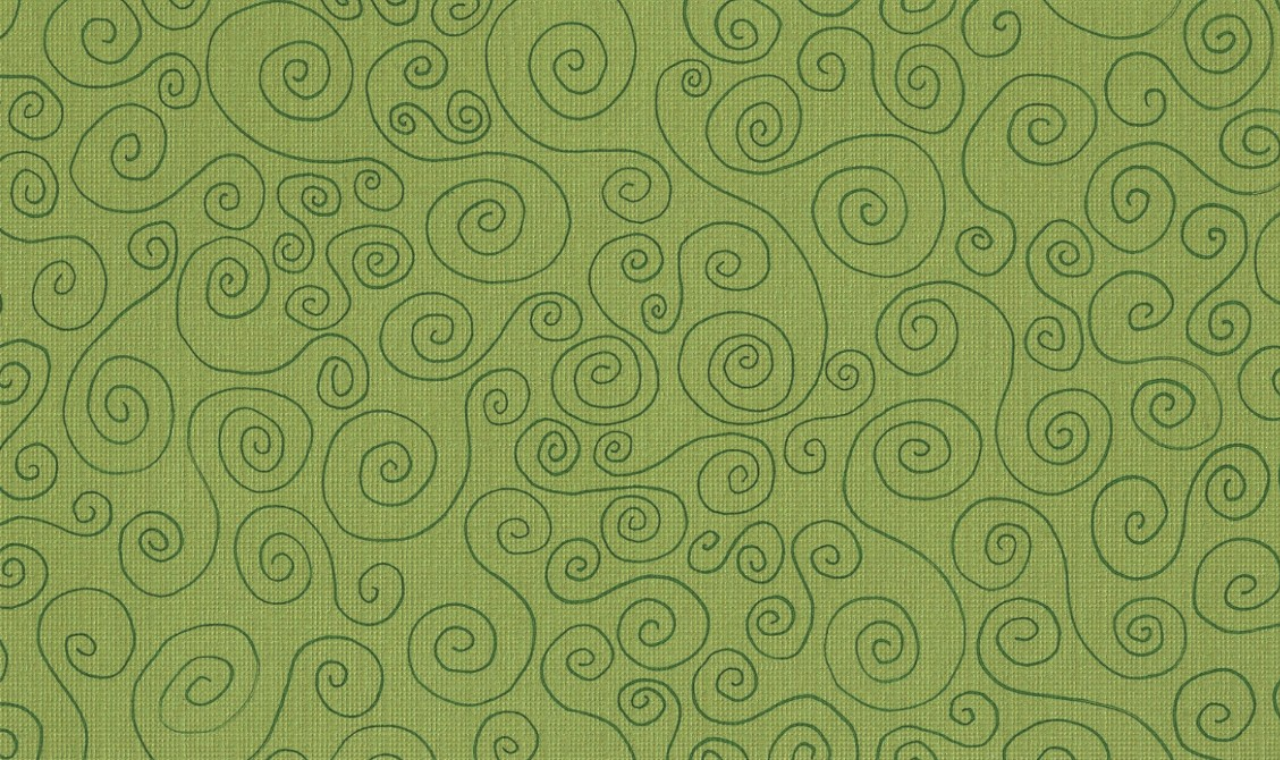
Repository: carrascokarencb37-afk/Nuura
Page: html/guiaPlant/planta2.html
An editor plug-in stored every save of this project. The page is shown before and after the next save, followed by the edit.
The browser window is 1280 px wide. The pictures show the whole page.

Above is the page before, as saved 2026-05-22 23:14:37.

### html/guiaPlant/planta2.html
<!DOCTYPE html>
<html lang="en">
<head>
    <meta charset="UTF-8">
    <meta name="viewport" content="width=device-width, initial-scale=1.0">
    <title>Document</title>
    <link rel="stylesheet" href="../../css/guiasPlant.css">
</head>
<body>

</body>
</html>

### css/guiasPlant.css
/*Importar fuente chewy*/
@font-face {
    font-family: 'chewy';
    src: url(../fonts/Chewy-Regular.ttf) format('truetype');
    font-weight: normal;
    font-style: normal;
}
body {
    background-image: url(../img/fondo_medio.jpg);
    background-size: cover;
    margin: 0;
    justify-content: center;
    text-align: center;
    padding: 2rem;

        font-family: 'Segoe UI', Tahoma, Geneva, Verdana, sans-serif;
    color: #deffdb;
    line-height: 1.6;
    padding: 20px;
    min-height: 100vh;
}


/* Contenedor principal */
.container {
    max-width: 900px;
    margin: 0 auto;
    background: rgba(255, 255, 255, 0.9);
    border-radius: 32px;
    padding: 30px;
    box-shadow: 0 20px 40px rgba(0, 0, 0, 0.08);
    backdrop-filter: blur(2px);
}

/* Título principal */
h1 {
    text-align: center;
    font-size: 2.8rem;
    color: #2c5e2a;
    margin-bottom: 25px;
    font-weight: 600;
    letter-spacing: -0.5px;
    text-shadow: 2px 2px 8px rgba(0,0,0,0.05);
}

/* Imagen */
.foto {
    width: 100%;
    max-width: 400px;
    height: auto;
    border-radius: 24px;
    display: block;
    margin: 0 auto 25px auto;
    box-shadow: 0 10px 25px rgba(0, 0, 0, 0.1);
    transition: transform 0.3s ease;
    border: 3px solid #d4e6c3;
}

.foto:hover {
    transform: scale(1.02);
}

/* Párrafos */
p {
    font-size: 1.1rem;
    margin-bottom: 20px;
    text-align: justify;
    color: #3a4d36;
}

/* Subtítulos (h2) */
h2 {
    font-size: 1.8rem;
    color: #3b7a37;
    margin-top: 30px;
    margin-bottom: 15px;
    padding-bottom: 8px;
    border-bottom: 3px solid #c8e0b5;
    display: inline-block;
}

/* Listas */
ul {
    background: #f9fbf6;
    padding: 20px 20px 20px 45px;
    border-radius: 20px;
    margin: 15px 0;
    list-style-type: none;
}

ul li {
    margin: 12px 0;
    font-size: 1.05rem;
    position: relative;
    padding-left: 28px;
}

ul li::before {
    content: "🌿";
    position: absolute;
    left: 0;
    top: 0;
    font-size: 1.1rem;
}

/* Colores especiales para la lista de colores */
ul:first-of-type li:nth-child(1)::before { content: "🌸"; }
ul:first-of-type li:nth-child(2)::before { content: "❤️"; }
ul:first-of-type li:nth-child(3)::before { content: "⭐"; }
ul:first-of-type li:nth-child(4)::before { content: "🤍"; }
ul:first-of-type li:nth-child(5)::before { content: "🍊"; }

/* Separadores */
br {
    display: none;
}

/* Espaciado entre secciones */
.container section {
    margin-bottom: 20px;
}

/* Responsive */
@media (max-width: 600px) {
    body {
        padding: 10px;
    }

    .container {
        padding: 20px;
    }

    h1 {
        font-size: 2rem;
    }

    h2 {
        font-size: 1.5rem;
    }

    p, li {
        font-size: 1rem;
    }
}
img{
    width: 300px;
    height: auto;
    border-radius: 15px;
    margin-bottom: 1rem;
}

After the next save:
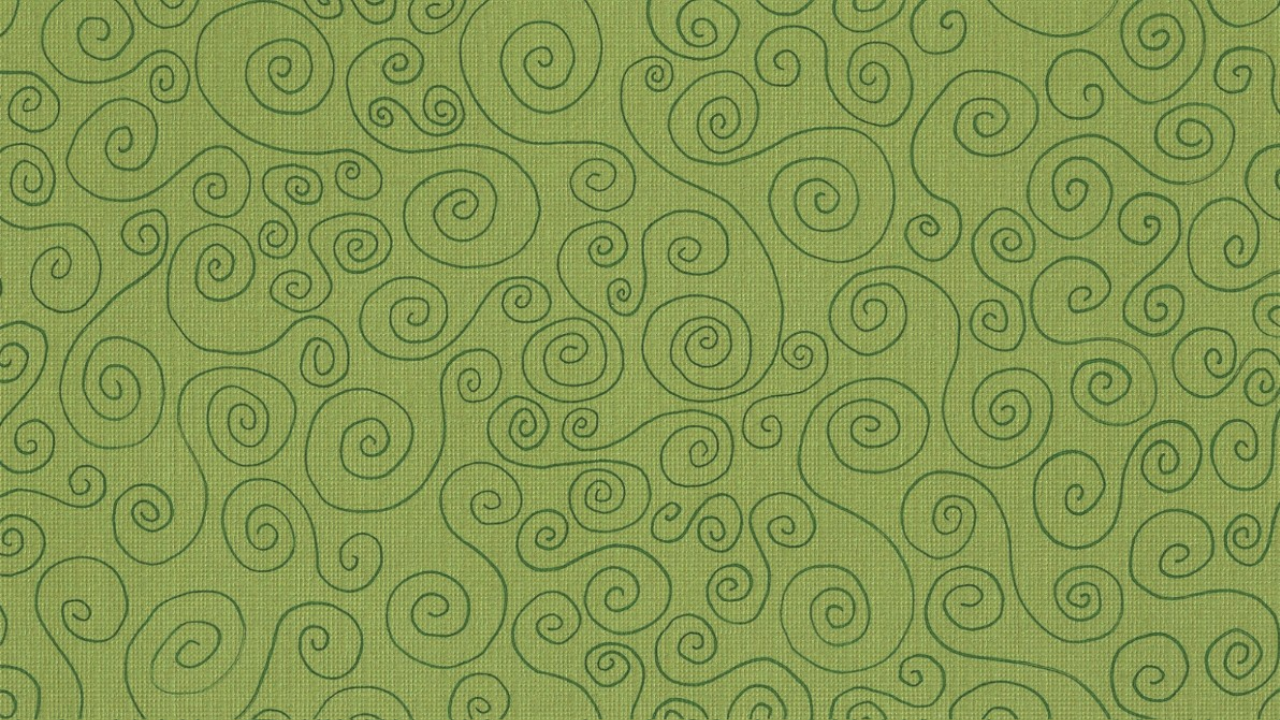
Saved 16 s later.
--- a/css/guiasPlant.css
+++ b/css/guiasPlant.css
@@ -13,11 +13,7 @@
     text-align: center;
     padding: 2rem;
 
-        font-family: 'Segoe UI', Tahoma, Geneva, Verdana, sans-serif;
-    color: #deffdb;
-    line-height: 1.6;
-    padding: 20px;
-    min-height: 100vh;
+
 }
 
 

After the 2 saves that followed:
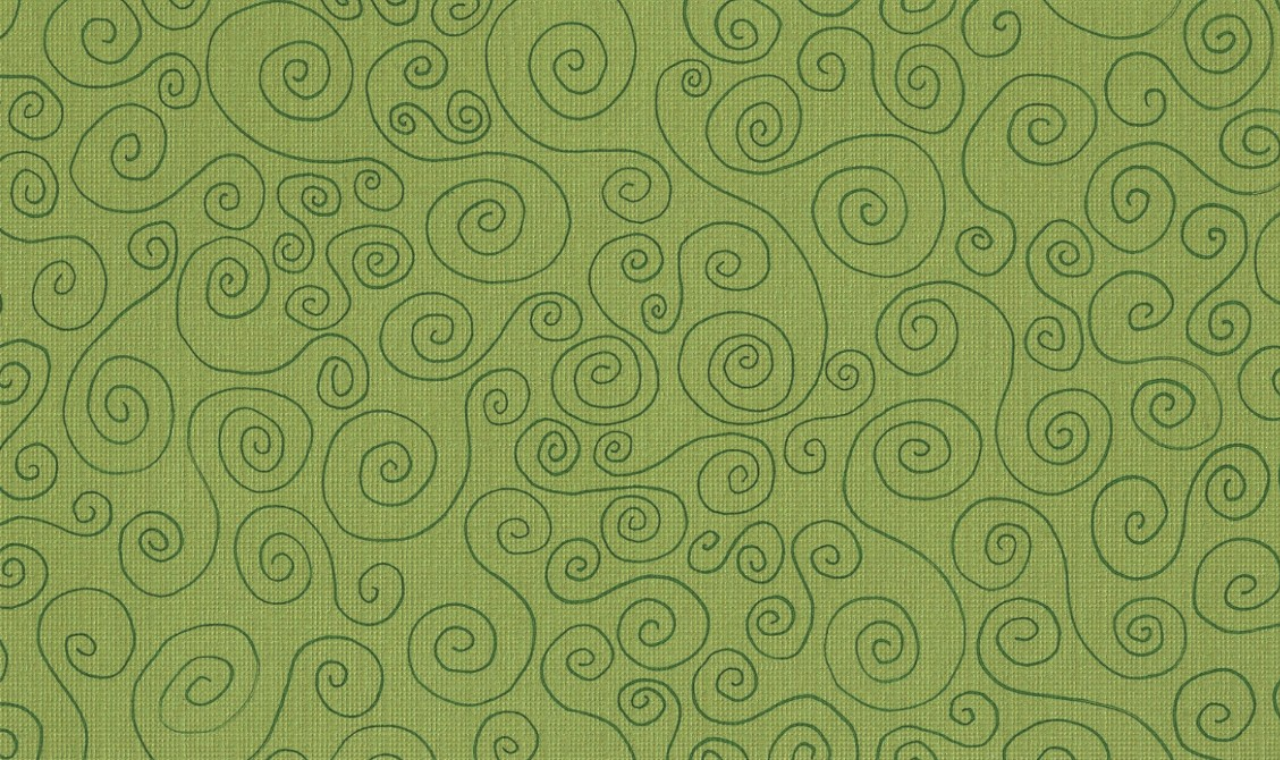
The 2 saves are shown as one change because 1 left the picture as it was.
The last was saved 32 s later.
--- a/css/guiasPlant.css
+++ b/css/guiasPlant.css
@@ -13,9 +13,12 @@
     text-align: center;
     padding: 2rem;
 
-
+        font-family: 'Segoe UI', Tahoma, Geneva, Verdana, sans-serif;
+    color: #2d3e2b;
+    line-height: 1.6;
+    padding: 20px;
+    min-height: 100vh;
 }
-
 
 /* Contenedor principal */
 .container {
